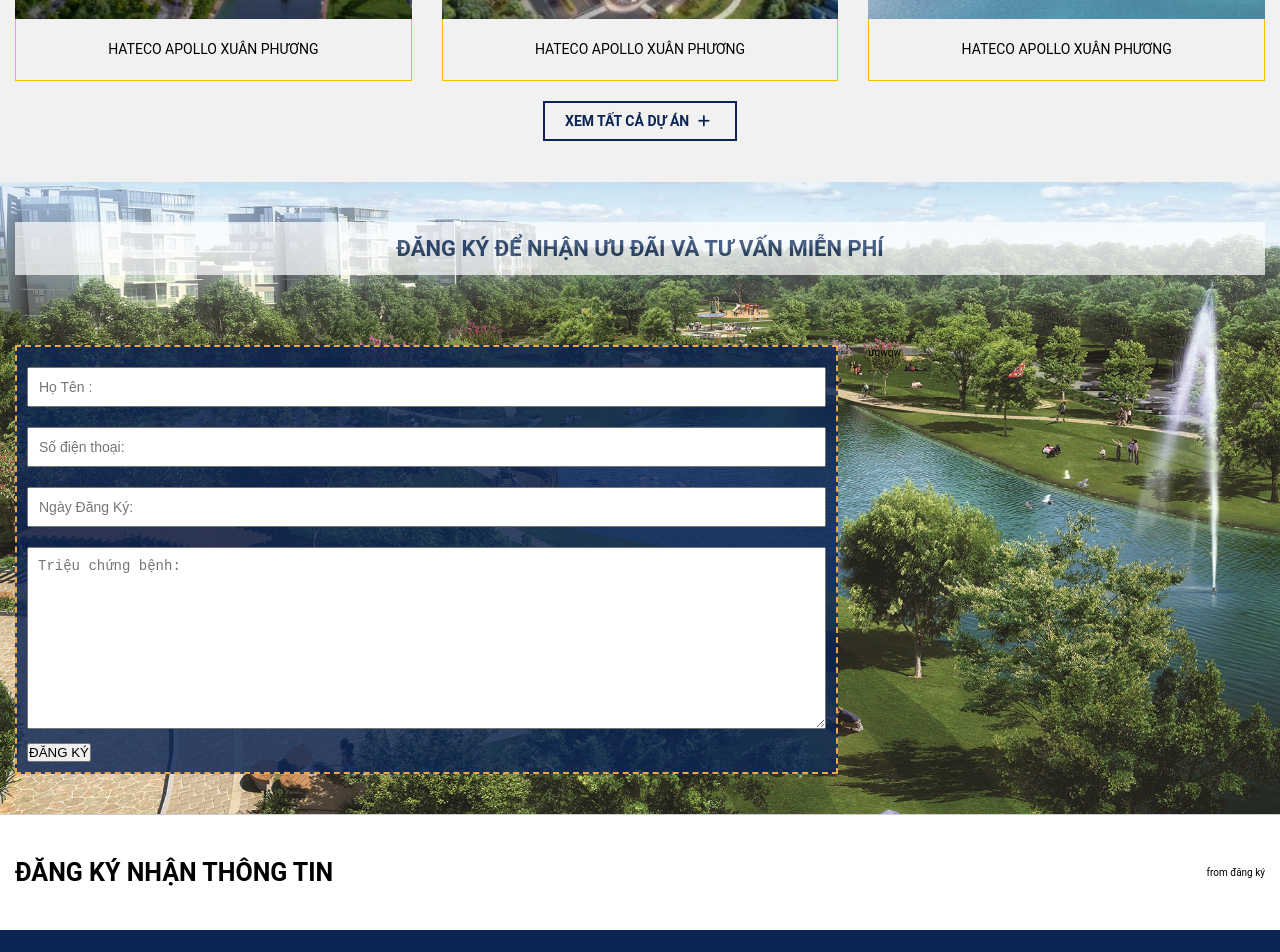
Repository: phamphuc2/fontend-bds
Page: index.html
These files come from the project's save history. The page is drawn as it stood at one moment and after the next save; the edit follows.
The browser window is 1280 px wide. The pictures show the part of the page from y = 2064 to 3016 px (the page is 3537 px tall).
A picture or video elsewhere on the page could not be fetched, so the positions and the page height are approximate. Backgrounds fixed to the window are drawn as part of the page. Some web libraries are served in a nearby version.

Above is the page before, as saved 2022-06-08 17:00:48.

After the next save:
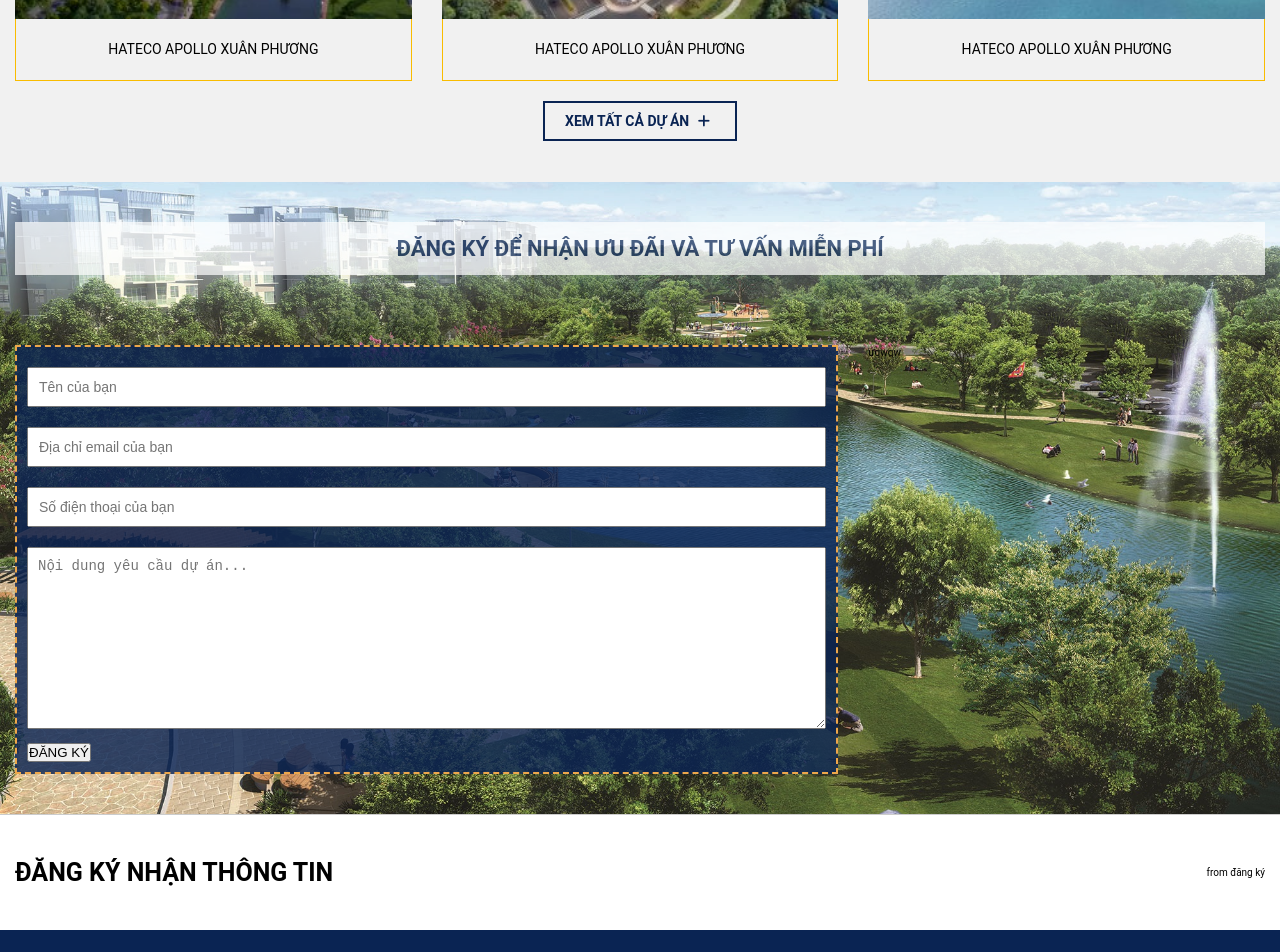
Saved 91 s later.
--- a/index.html
+++ b/index.html
@@ -309,19 +309,19 @@
                                 <span class="wpcf7-form-control-wrap your-name"><input type="text" name="your-name"
                                         value="" size="40"
                                         class="wpcf7-form-control wpcf7-text wpcf7-validates-as-required"
-                                        aria-required="true" aria-invalid="false" placeholder="Họ Tên :"></span>
+                                        aria-required="true" aria-invalid="false" placeholder="Tên của bạn"></span>
                                 <span class="wpcf7-form-control-wrap your-name"><input type="text" name="your-name"
                                         value="" size="40"
                                         class="wpcf7-form-control wpcf7-text wpcf7-validates-as-required"
-                                        aria-required="true" aria-invalid="false" placeholder="Số điện thoại:"></span>
+                                        aria-required="true" aria-invalid="false" placeholder="Địa chỉ email của bạn"></span>
                                 <span class="wpcf7-form-control-wrap your-name"><input type="text" name="your-name"
                                         value="" size="40"
                                         class="wpcf7-form-control wpcf7-text wpcf7-validates-as-required"
-                                        aria-required="true" aria-invalid="false" placeholder="Ngày Đăng Ký:"></span>
+                                        aria-required="true" aria-invalid="false" placeholder="Số điện thoại của bạn"></span>
                                 <span class="wpcf7-form-control-wrap your-title"><textarea name="your-title" cols="40"
                                         rows="10" class="wpcf7-form-control wpcf7-textarea wpcf7-validates-as-required"
                                         aria-required="true" aria-invalid="false"
-                                        placeholder="Triệu chứng bệnh:"></textarea></span>
+                                        placeholder="Nội dung yêu cầu dự án..."></textarea></span>
                                 <div class="btn-submit">
                                     <input type="submit" value="ĐĂNG KÝ"
                                         class="wpcf7-form-control has-spinner wpcf7-submit"><span
